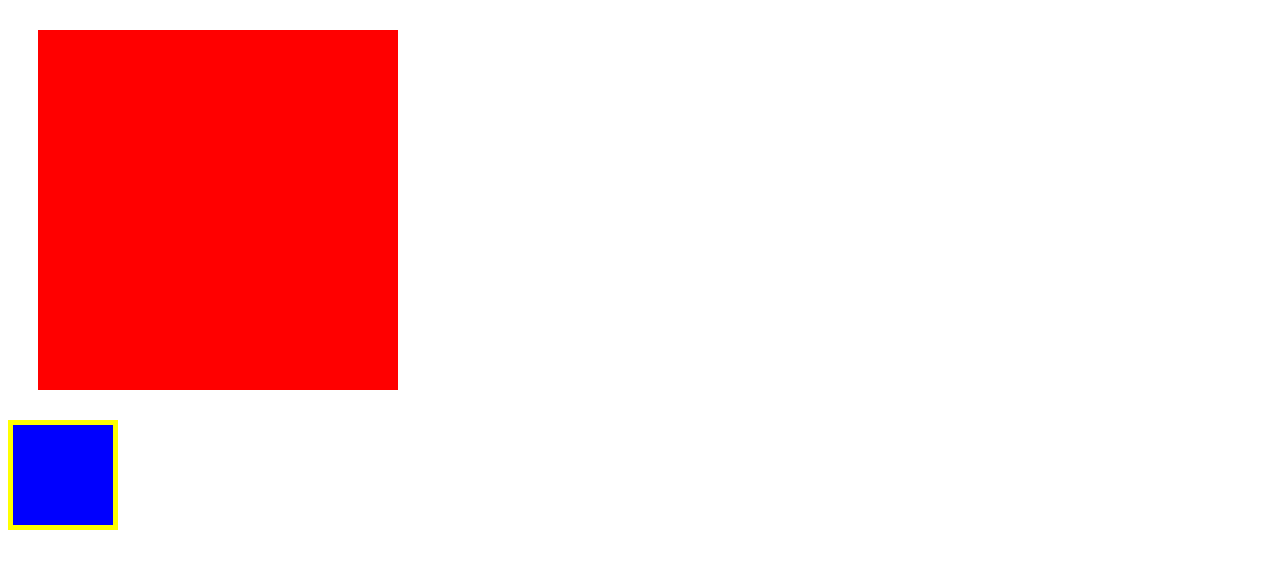
Repository: Tyubyasa/abc
Page: box.html
The author's editor kept a record of every edit. The page is drawn from the files as they stood at one moment, then again after the next edit.
The browser window is 1280 px wide. The pictures show the whole page.

Above is the page before.

### box.html
<!DOCTYPE html>
<html lang="ja">
  <head>
    <meta charset="UTF-8" />
    <!-- CSSファイルの読み込み -->
    <link rel="stylesheet" href="box.css" />
    <title>BOX</title>
  </head>

  <body>
    <!-- box1用のdiv -->
    <div class="box1"></div>
     <div class="box2"></div>
  </body>
</html>

### box.css
.box1 {
  width: 300px;
  height: 300px;
 background-color: red;
 margin: 30px;
  padding: 30px;
}

.box2 {
  width: 100px;
  height: 100px;
  background-color: blue;
   /* */
  border: 5px solid yellow;
}

After the next edit:
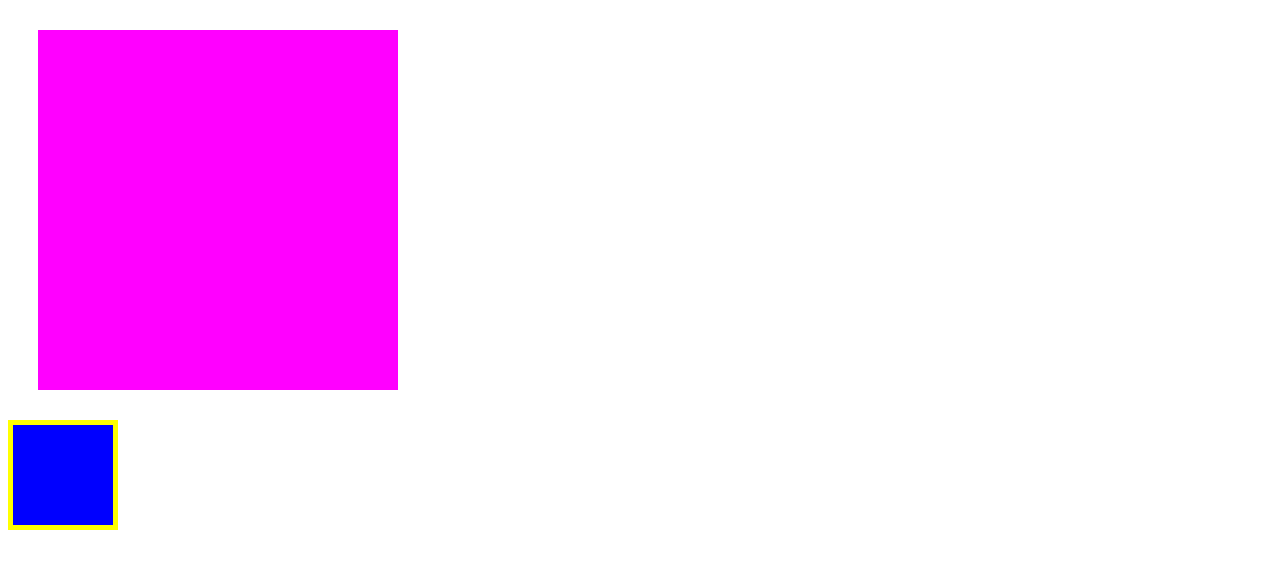
The edit:
--- a/box.css
+++ b/box.css
@@ -1,7 +1,7 @@
 .box1 {
   width: 300px;
   height: 300px;
- background-color: red;
+ background-color: fuchsia;
  margin: 30px;
   padding: 30px;
 }
